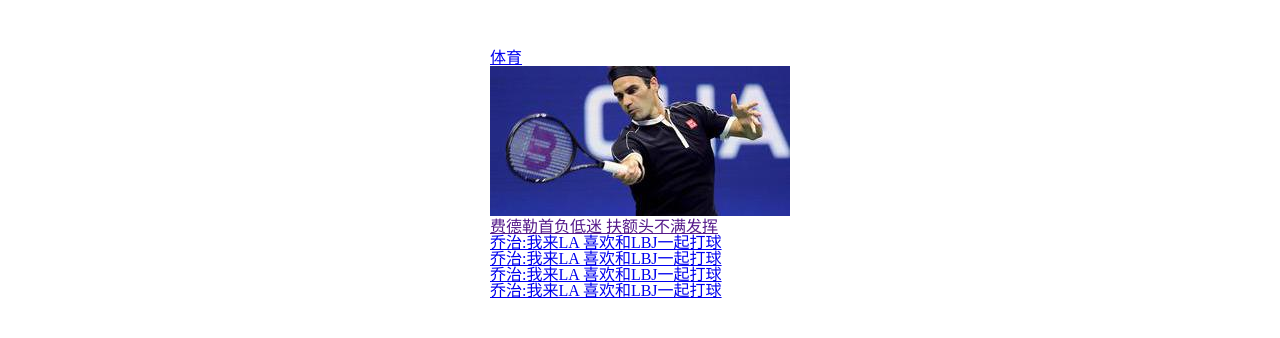
Repository: Romic77/css-test
Page: exercise/03_网易新闻的右侧列表.html
An editor plug-in stored every save of this project. The page is shown before and after the next save, followed by the edit.
The browser window is 1280 px wide. The pictures show the whole page.

Above is the page before, as saved 2022-09-03 15:42:25.

After the next save:
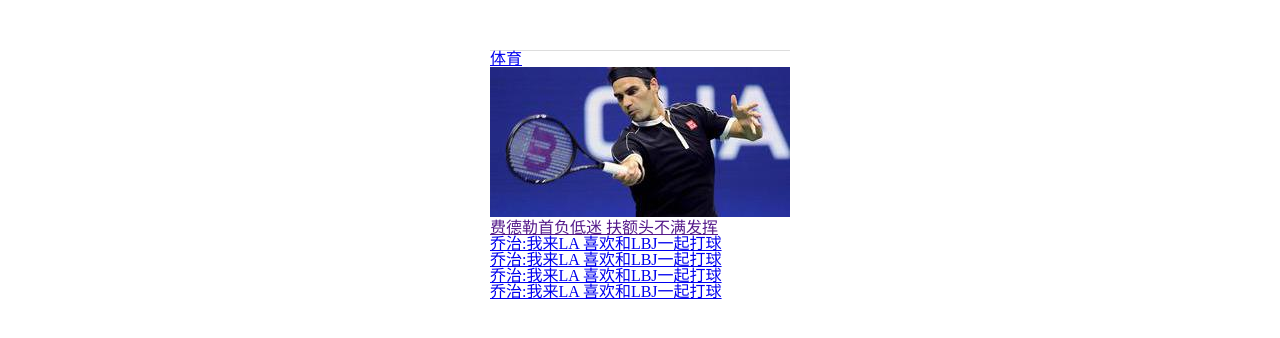
Saved 58 s later.
--- a/exercise/03_网易新闻的右侧列表.html
+++ b/exercise/03_网易新闻的右侧列表.html
@@ -12,6 +12,9 @@
             width: 300px;
             height: 358px;
             margin: 50px auto;
+
+            /* 设置上边框 */
+            border-top: 1px solid #ddd;
         }
     </style>
 </head>
